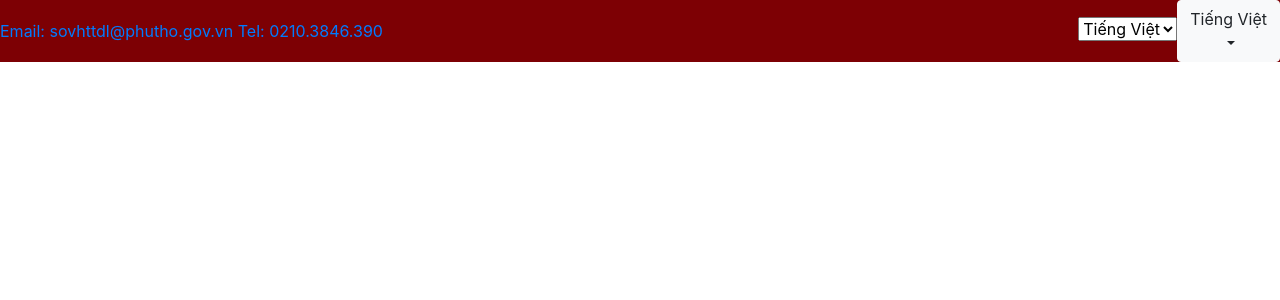
Repository: NgocNB20/Front_end_KLTN
Page: index.html
The author's editor kept a copy of each file at every save. The page is drawn from the files as they stood at one save, then again after the next save.
The browser window is 1280 px wide. The pictures show the whole page.
Some web fonts or font styles are not loaded; a fallback is used.

Above is the page before, as saved 2021-11-28 09:58:29.

### index.html
<!DOCTYPE html>
<html lang="en">

<head>
    <meta charset="UTF-8">
    <meta http-equiv="X-UA-Compatible" content="IE=edge">
    <meta name="viewport" content="width=device-width, initial-scale=1.0">
     <!-- Bootstrap CSS -->
     <link rel="stylesheet" href="https://maxcdn.bootstrapcdn.com/bootstrap/4.0.0/css/bootstrap.min.css" integrity="sha384-Gn5384xqQ1aoWXA+058RXPxPg6fy4IWvTNh0E263XmFcJlSAwiGgFAW/dAiS6JXm" crossorigin="anonymous">
    <link
        href="https://fonts.googleapis.com/css?family=Barlow+Condensed:200,300,400,400i,500,600,700,800,900%7CSatisfy&amp;display=swap"
        rel="stylesheet">
    <link rel="stylesheet" href="./style.css">
    <title>Travel</title>
</head>

<body>
    <div class="page-wrapper">
        <div class="site-header__header-one-wrap">
            <div class="topbar-one">
                <div class="container-fluid">
                    <div class="topbar-one__left">
                        <a href="mailto:Email: sovhttdl@phutho.gov.vn">Email: sovhttdl@phutho.gov.vn</a>
                        <a href="tel:Tel: 0210.3846.390">Tel: 0210.3846.390</a>
                    </div>
                    <div class="topbar-one__right"></div>
                    <div class="main-nav__right">
                        <div class="dropdown bootstrap-select"><select name="languages" id="languages"
                                class="selectpicker" onchange="javascript:location.href = this.value;" tabindex="-98">
                                <option value="/vi" selected="">Tiếng Việt</option>
                                <option value="/en">English</option>
                            </select><button type="button" class="btn dropdown-toggle btn-light" data-toggle="dropdown"
                                role="button" data-id="languages" title="Tiếng Việt">
                                <div class="filter-option">
                                    <div class="filter-option-inner">
                                        <div class="filter-option-inner-inner">Tiếng Việt</div>
                                    </div>
                                </div>
                            </button>
                            <div class="dropdown-menu " role="combobox">
                                <div class="inner show" role="listbox" aria-expanded="false" tabindex="-1">
                                    <ul class="dropdown-menu inner show"></ul>
                                </div>
                            </div>
                        </div>
                        <a href="#" class="main-nav__search search-popup__toggler"><i
                                class="tripo-icon-magnifying-glass"></i></a>
                        <a href="#" class="main-nav__login login-popup__toggler"><i class="tripo-icon-avatar"></i></a>
                    </div>
                </div>
            </div>
            <div class="container-fluid">

            </div>
        </div>
    </div>

</body>

</html>

### style.css
:root {
    --thm-font: 'Barlow Condensed', sans-serif;
    --heading-font: 'Charmonman', cursive;
    --thm-base: #ffa801;
    --thm-base-rgb: 255, 168, 1;
    --thm-primary: #40b9eb;
    --thm-primary-rgb: 64, 185, 235;
    --thm-secondary: #ff0143;
    --thm-secondary-rgb: 255, 1, 67;
    --thm-black: #082740;
    --thm-black-rgb: 8, 39, 64;
    --thm-gray: #eceeef;
    --blue: #007bff;
    --indigo: #6610f2;
    --purple: #6f42c1;
    --pink: #e83e8c;
    --red: #dc3545;
    --orange: #fd7e14;
    --yellow: #ffc107;
    --green: #28a745;
    --teal: #20c997;
    --cyan: #17a2b8;
    --white: #fff;
    --gray: #6c757d;
    --gray-dark: #343a40;
    --primary: #007bff;
    --secondary: #6c757d;
    --success: #28a745;
    --info: #17a2b8;
    --warning: #ffc107;
    --danger: #dc3545;
    --light: #f8f9fa;
    --dark: #343a40;
    --breakpoint-xs: 0;
    --breakpoint-sm: 576px;
    --breakpoint-md: 768px;
    --breakpoint-lg: 992px;
    --breakpoint-xl: 1200px;
    --font-family-sans-serif: -apple-system,BlinkMacSystemFont,"Segoe UI",Roboto,"Helvetica Neue",Arial,"Noto Sans",sans-serif,"Apple Color Emoji","Segoe UI Emoji","Segoe UI Symbol","Noto Color Emoji";
    --font-family-monospace: SFMono-Regular,Menlo,Monaco,Consolas,"Liberation Mono","Courier New",monospace;
}
.topbar-one {
    background-color: #7d0004;
}
.topbar-one .container-fluid {
    padding-left: 0;
    padding-right: 0;
    display: -webkit-box;
    display: flex;
    -webkit-box-align: center;
    align-items: center;
    -webkit-box-pack: justify;
    justify-content: space-between;
}

After the next save:
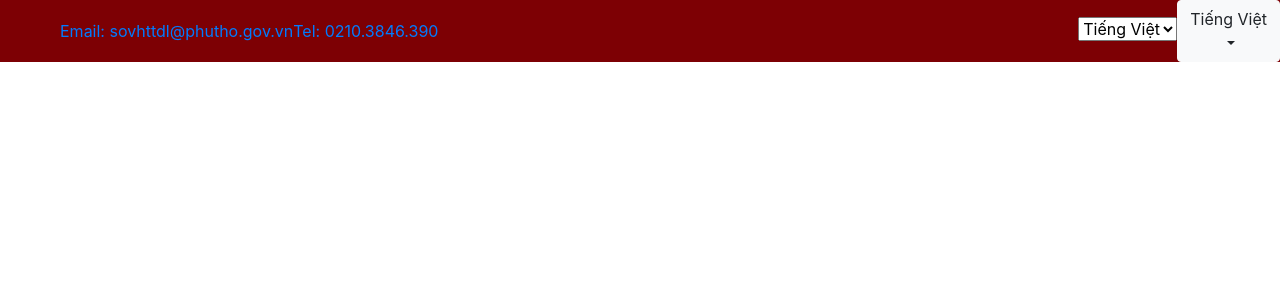
Saved 4 min 32 s later.
--- a/style.css
+++ b/style.css
@@ -52,3 +52,10 @@
     -webkit-box-pack: justify;
     justify-content: space-between;
 }
+.topbar-one__left {
+    display: -webkit-box;
+    display: flex;
+    -webkit-box-align: center;
+    align-items: center;
+    padding-left: 60px;
+}
